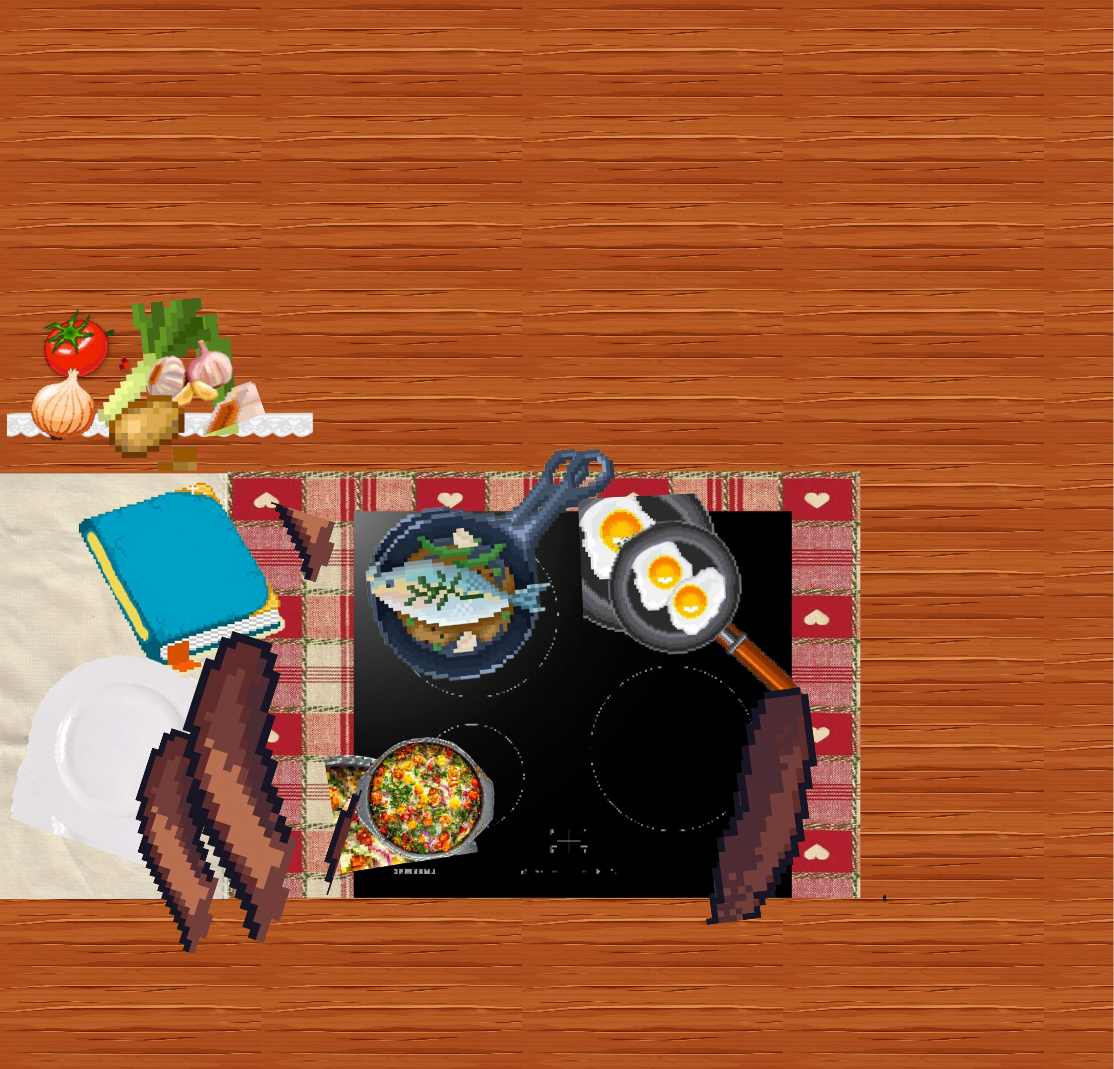
Repository: AJamdonuts/ToddyTalks
Page: playingaround2/pages/chefsujin.html
An editor plug-in stored every save of this project. The page is shown before and after the next save, followed by the edit.
The browser window is 1280 px wide. The pictures show the whole page, at 87% of full size.

Above is the page before, as saved 2025-11-26 20:23:06.

After the next save:
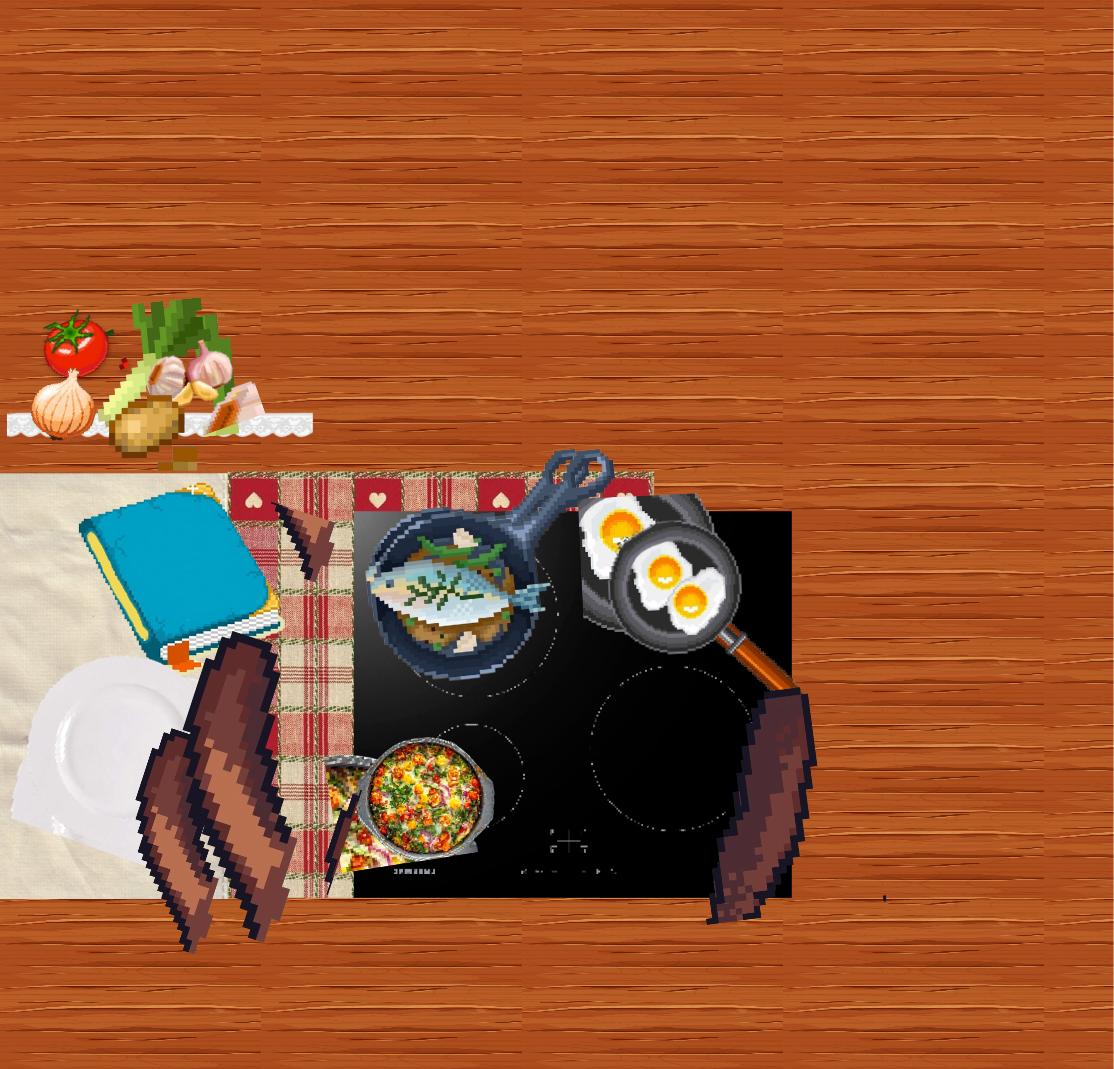
Saved 46 s later.
--- a/playingaround2/styles/chefsujin.css
+++ b/playingaround2/styles/chefsujin.css
@@ -164,7 +164,7 @@
 
 .checktablecloth {
     position: absolute;
-    width: 1034px;
+    width: auto;
     height: 697px;
     left: 361px;
     top: 327px;

After the save that followed:
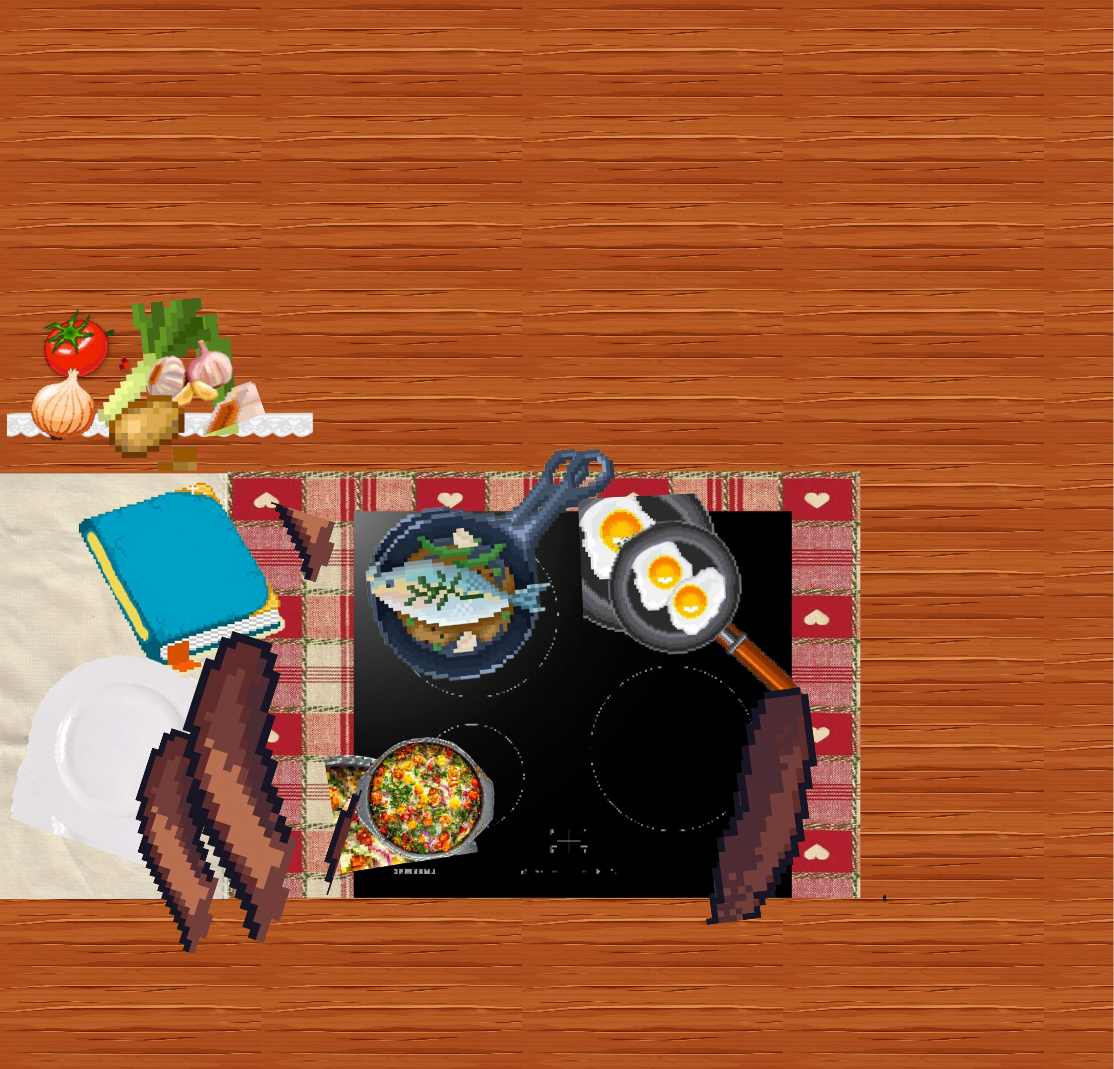
Saved 31 s later.
--- a/playingaround2/styles/chefsujin.css
+++ b/playingaround2/styles/chefsujin.css
@@ -164,7 +164,7 @@
 
 .checktablecloth {
     position: absolute;
-    width: auto;
+    width: 1034px;
     height: 697px;
     left: 361px;
     top: 327px;
